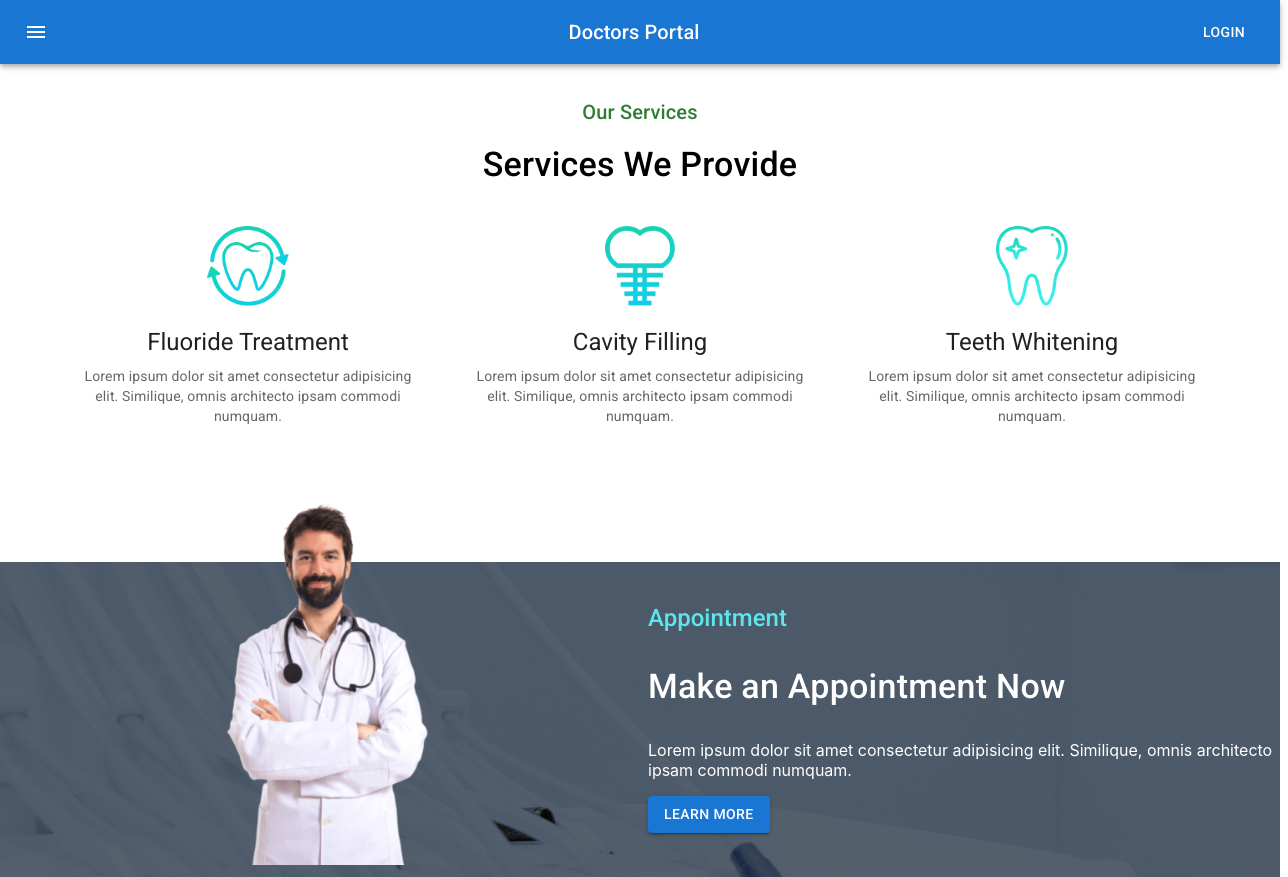
Repository: Sharif-00112/doctors-portal-client
Page: /
An editor plug-in stored every save of this project. The page is shown before and after the next save, followed by the edit.
The browser window is 1280 px wide. The page is 1288 px wide, so the pictures cover 1288 px, including what lies to the right of the window. The pictures show the whole page.
The project was rebuilt for these pictures with package versions that can differ from the ones it lists, and the page was loaded fresh each time.

Above is the page before, as saved 2022-11-01 14:12:21.

After the next save:
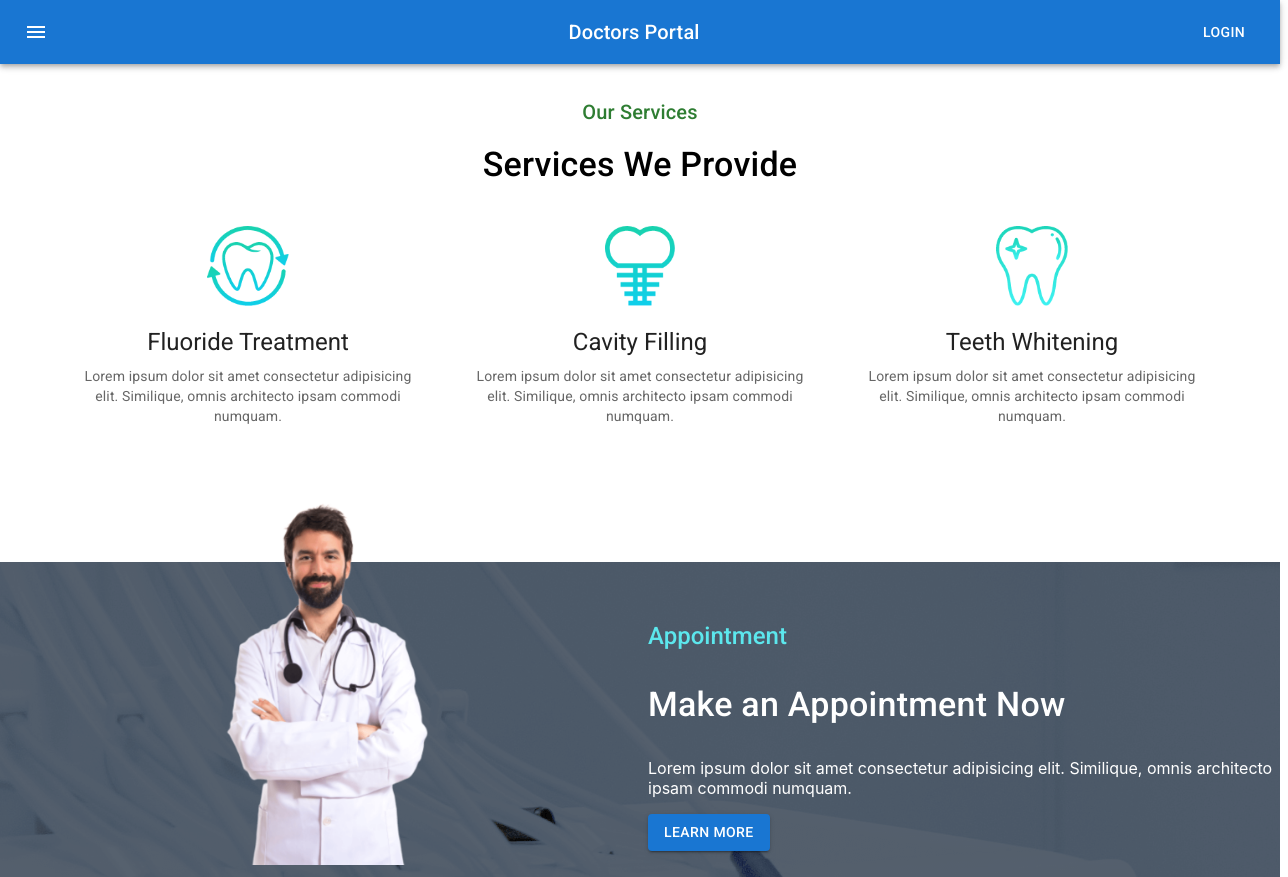
Saved 85 s later.
--- a/src/Pages/Home/AppointmentBanner/AppointmentBanner.js
+++ b/src/Pages/Home/AppointmentBanner/AppointmentBanner.js
@@ -26,7 +26,12 @@ const AppointmentBanner = () => {
                         src={doctor} alt="" />
                     </Grid>
 
-                    <Grid xs={12} md={6} sx={{ display: 'flex', justifyContent: 'flex-start', textAlign: 'left' }}>
+                    <Grid xs={12} md={6} sx={{
+                        display: 'flex',
+                        justifyContent: 'flex-start',
+                        textAlign: 'left',
+                        alignItems: 'center'
+                        }}>
                         <Box>
                             <Typography sx={{ mb: 2, mt: 4, fontWeight: 500 }} style={{color: '#5CE7ED'}} variant="h5" component="div">
                                 Appointment
